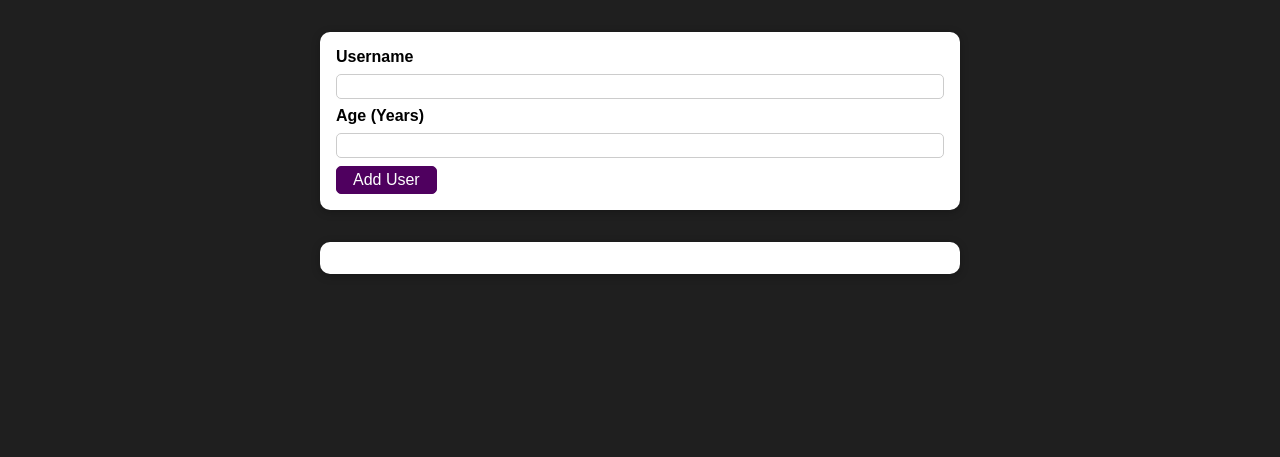
Repository: Samkiroko/react_project_2
Page: /
The author's editor kept a copy of each file at every save. The page is drawn from the files as they stood at one save, then again after a run of saves.
The browser window is 1280 px wide. The pictures show the whole page.
The project was rebuilt for these pictures with package versions that can differ from the ones it lists, and the page was loaded fresh each time.

Above is the page before, as saved 2021-07-04 12:20:50.

### src/index.css
* {
    box-sizing: border-box;
}

html {
    font-family: sans-serif;
    background: #1f1f1f;
}

body {
    margin: 0;
}

### src/App.js
import React, { useState } from 'react'

import AddUser from './components/Users/AddUser'
import UserList from './components/Users/UserList'

function App() {
  const [userList, setUserList] = useState([])
  const addUserHandler = (uName, uAge) => {
    setUserList((prevUserList) => {
      return [...prevUserList, { name: uName, age: uAge, id: Math.random().toString() }]
    })
  }
  return (
    <div>
      <AddUser onAddUser={addUserHandler} />
      <UserList users={userList} />
    </div>
  )
}

export default App

### src/components/Users/AddUser.js
import React, { useState } from 'react'

import Card from '../UI/Card'
import Button from '../UI/Button'
import classes from './AddUser.module.css'

const AddUser = (props) => {
  const [enteredUsername, setEnteredUsername] = useState('')
  const [enteredAge, setEnteredAge] = useState('')

  const addUserHandler = (event) => {
    event.preventDefault()
    if (enteredUsername.trim().length === 0 || enteredAge.trim().length === 0) {
      return
    }
    if (+enteredAge < 1) {
      return
    }
    props.onAddUser(enteredUsername, enteredAge)
    setEnteredUsername('')
    setEnteredAge('')
  }

  const usernameChangeHandler = (event) => {
    setEnteredUsername(event.target.value)
  }

  const ageChangeHandler = (event) => {
    setEnteredAge(event.target.value)
  }

  return (
    <Card className={classes.input}>
      <form onSubmit={addUserHandler}>
        <label htmlFor='username'>Username</label>
        <input id='username' type='text' value={enteredUsername} onChange={usernameChangeHandler} />
        <label htmlFor='age'>Age (Years)</label>
        <input id='age' type='number' value={enteredAge} onChange={ageChangeHandler} />
        <Button type='submit'>Add User</Button>
      </form>
    </Card>
  )
}

export default AddUser

### src/components/Users/UserList.js
import React from 'react'
import Card from '../UI/Card'
import classes from '../Users/UserList.module.css'

const UserList = (props) => {
  return (
    <Card className={classes.users}>
      <ul>
        {props.users.map((user) => (
          <li key={user.id}>
            {user.name} ({user.age} years old)
          </li>
        ))}
      </ul>
    </Card>
  )
}

export default UserList

### src/components/UI/Card.js
import React from 'react'

import classes from './Card.module.css'

const Card = (props) => {
  return <div className={`${classes.card} ${props.className}`}>{props.children}</div>
}

export default Card

### src/components/UI/Button.js
import React from 'react'

import classes from './Button.module.css'

const Button = (props) => {
  return (
    <button className={classes.button} type={props.type || 'button'} onClick={props.onClick}>
      {props.children}
    </button>
  )
}

export default Button

### src/components/Users/AddUser.module.css
.input {
    margin: 2rem auto;
    padding: 1rem;
    width: 90%;
    max-width: 40rem;
}

.input label {
    display: block;
    font-weight: bold;
    margin-bottom: 0.5rem;
}

.input input {
    font: inherit;
    display: block;
    width: 100%;
    border: 1px solid #ccc;
    padding: 0.15rem;
    margin-bottom: 0.5rem;
    border-radius: 5px;
}

.input input:focus {
    outline: none;
    border-color: #4f005f;
}

### src/components/UI/Button.module.css
.button {
    font: inherit;
    border: 1px solid #4f005f;
    background: #4f005f;
    color: white;
    padding: 0.25rem 1rem;
    cursor: pointer;
    border-radius: 5px;
}

.button:hover,
.button:active {
    background: #741188;
    border-color: #741188;
}

.button:focus {
    outline: none;
}

### src/components/UI/ErrorModal.js
import React from 'react'
import Button from './Button'
import Card from './Card'
import classes from '../UI/ErrorModal.module.css'

const ErrorModal = (props) => {
  return (
    <Card className={classes.modal}>
      <header className={classes.header}>
        <h2>{props.title}</h2>
      </header>
      <div className={classes.content}>
        <p>{props.message}</p>
      </div>
      <footer className={classes.actions}>
        <Button>Okay</Button>
      </footer>
    </Card>
  )
}

export default ErrorModal

Loaded but not shown: public/index.html (common file); src/index.js (common file); src/components/Users/UserList.module.css (common file); src/components/UI/Card.module.css (common file); src/components/UI/ErrorModal.module.css (common file)

After the next 2 saves:
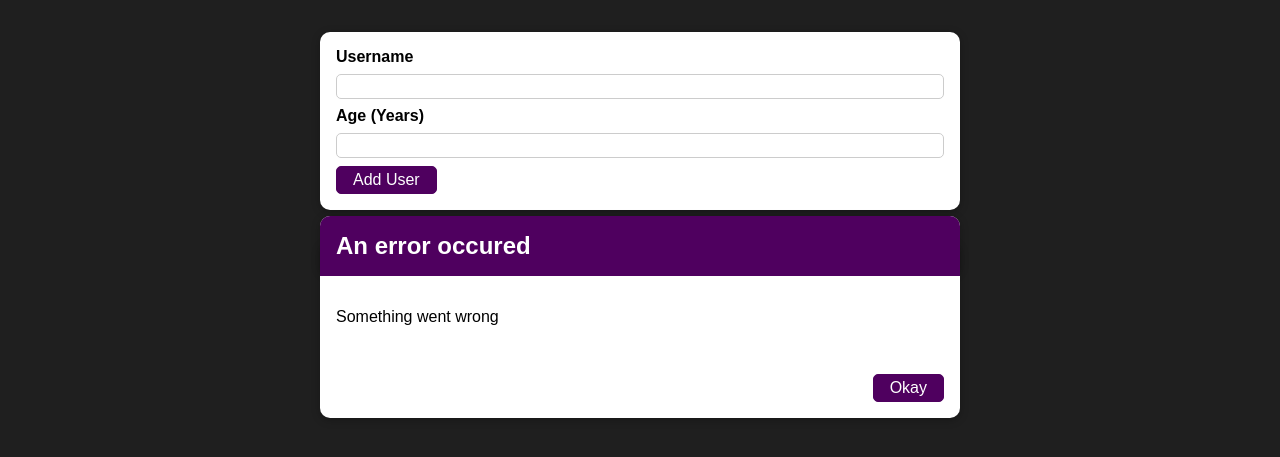
The 2 saves are shown as one change because 1 did not build or start.
The last was saved 4 min 27 s later.
--- a/src/components/Users/AddUser.js
+++ b/src/components/Users/AddUser.js
@@ -3,6 +3,7 @@ import React, { useState } from 'react'
 import Card from '../UI/Card'
 import Button from '../UI/Button'
 import classes from './AddUser.module.css'
+import ErrorModal from '../UI/ErrorModal'
 
 const AddUser = (props) => {
   const [enteredUsername, setEnteredUsername] = useState('')
@@ -30,15 +31,18 @@ const AddUser = (props) => {
   }
 
   return (
-    <Card className={classes.input}>
-      <form onSubmit={addUserHandler}>
-        <label htmlFor='username'>Username</label>
-        <input id='username' type='text' value={enteredUsername} onChange={usernameChangeHandler} />
-        <label htmlFor='age'>Age (Years)</label>
-        <input id='age' type='number' value={enteredAge} onChange={ageChangeHandler} />
-        <Button type='submit'>Add User</Button>
-      </form>
-    </Card>
+    <div>
+      <ErrorModal title='An error occured' message='Something went wrong' />
+      <Card className={classes.input}>
+        <form onSubmit={addUserHandler}>
+          <label htmlFor='username'>Username</label>
+          <input id='username' type='text' value={enteredUsername} onChange={usernameChangeHandler} />
+          <label htmlFor='age'>Age (Years)</label>
+          <input id='age' type='number' value={enteredAge} onChange={ageChangeHandler} />
+          <Button type='submit'>Add User</Button>
+        </form>
+      </Card>
+    </div>
   )
 }
 
